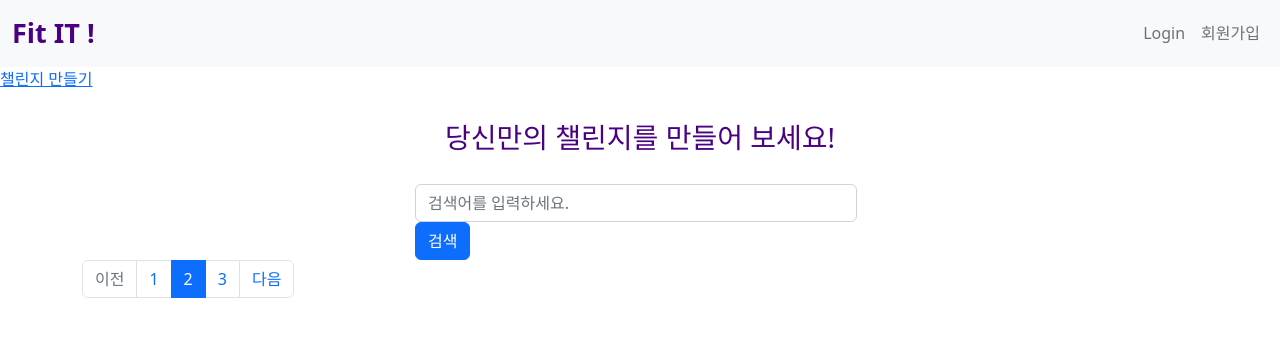
Repository: 4everGirls/Fit-IT-FRONT
Page: /makeChallenge (app in FrontEnd/fit-it/)
An editor plug-in stored every save of this project. The page is shown before and after the next save, followed by the edit.
The browser window is 1280 px wide. The pictures show the whole page.
The project was rebuilt for these pictures with package versions that can differ from the ones it lists, and the page was loaded fresh each time. Also part of the build but not shown: FrontEnd/fit-it/vue.config.js, FrontEnd/fit-it/src/views/HomeView.vue, FrontEnd/fit-it/src/components/user/RegistUser.vue, FrontEnd/fit-it/src/components/user/LoginUser.vue.

Above is the page before, as saved 2022-11-20 12:29:02.

After the next save:
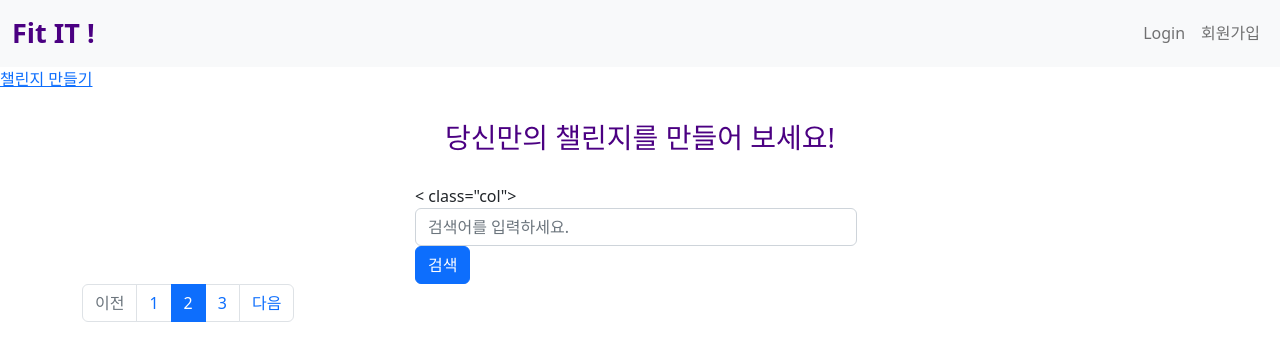
Saved 6 s later.
--- a/FrontEnd/fit-it/src/components/challenge/MakeChallenge/SearchVideo.vue
+++ b/FrontEnd/fit-it/src/components/challenge/MakeChallenge/SearchVideo.vue
@@ -6,7 +6,7 @@
       </div>
       <div class="searchContainer ">
 
-          <div class="col">
+          < class="col">
             <form class="d-flex col" role="search">
               <input
                 class="form-control me-2"
@@ -23,7 +23,7 @@
                 검색
               </button>
             </div>
-          </div>
+
         </div>
       </div>
     </div>

After the save that followed:
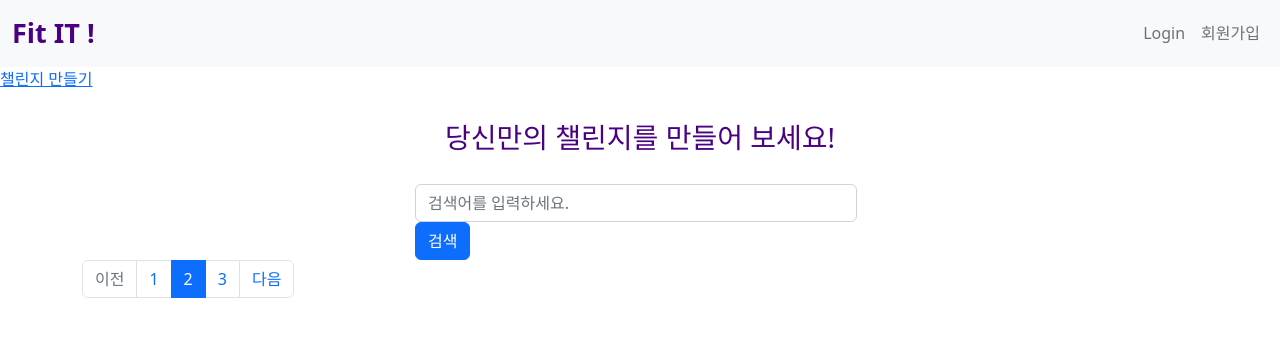
Saved 6 s later.
--- a/FrontEnd/fit-it/src/components/challenge/MakeChallenge/SearchVideo.vue
+++ b/FrontEnd/fit-it/src/components/challenge/MakeChallenge/SearchVideo.vue
@@ -5,8 +5,8 @@
         <h3 class="title">당신만의 챌린지를 만들어 보세요!</h3>
       </div>
       <div class="searchContainer ">
-
-          < class="col">
+        <div class="row">
+          <div class="col">
             <form class="d-flex col" role="search">
               <input
                 class="form-control me-2"
@@ -23,7 +23,7 @@
                 검색
               </button>
             </div>
-
+          </div>
         </div>
       </div>
     </div>
